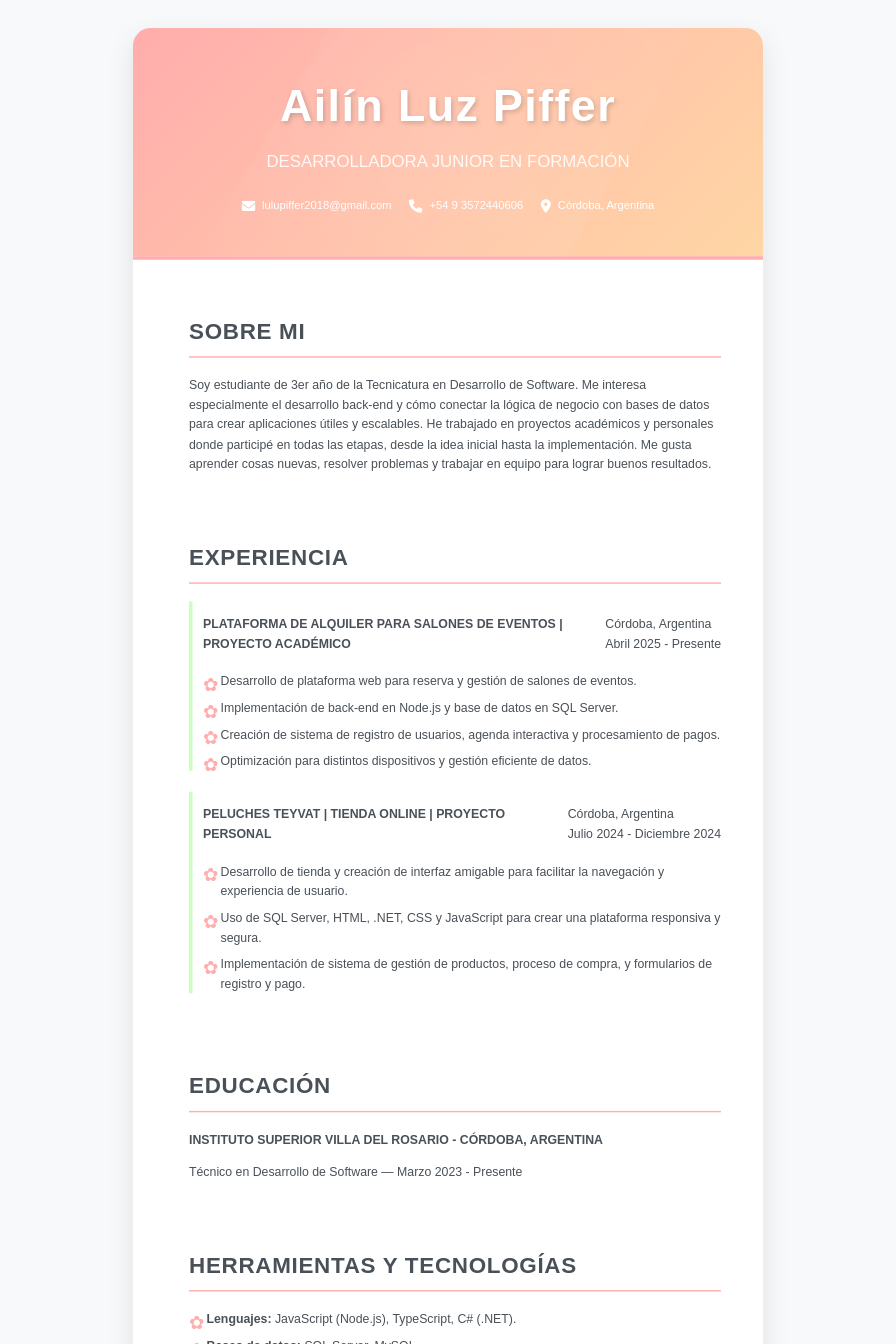
Repository: luzpiffer/curriculum-piffer
Page: index.html
An editor plug-in stored every save of this project. The page is shown before and after the next save, followed by the edit.
The browser window is 1280 px wide. The pictures show the part of the page from y = 0 to 1920 px (the page is 2709 px tall), at 70% of full size.

Above is the page before, as saved 2025-09-01 19:14:08.

After the next save:
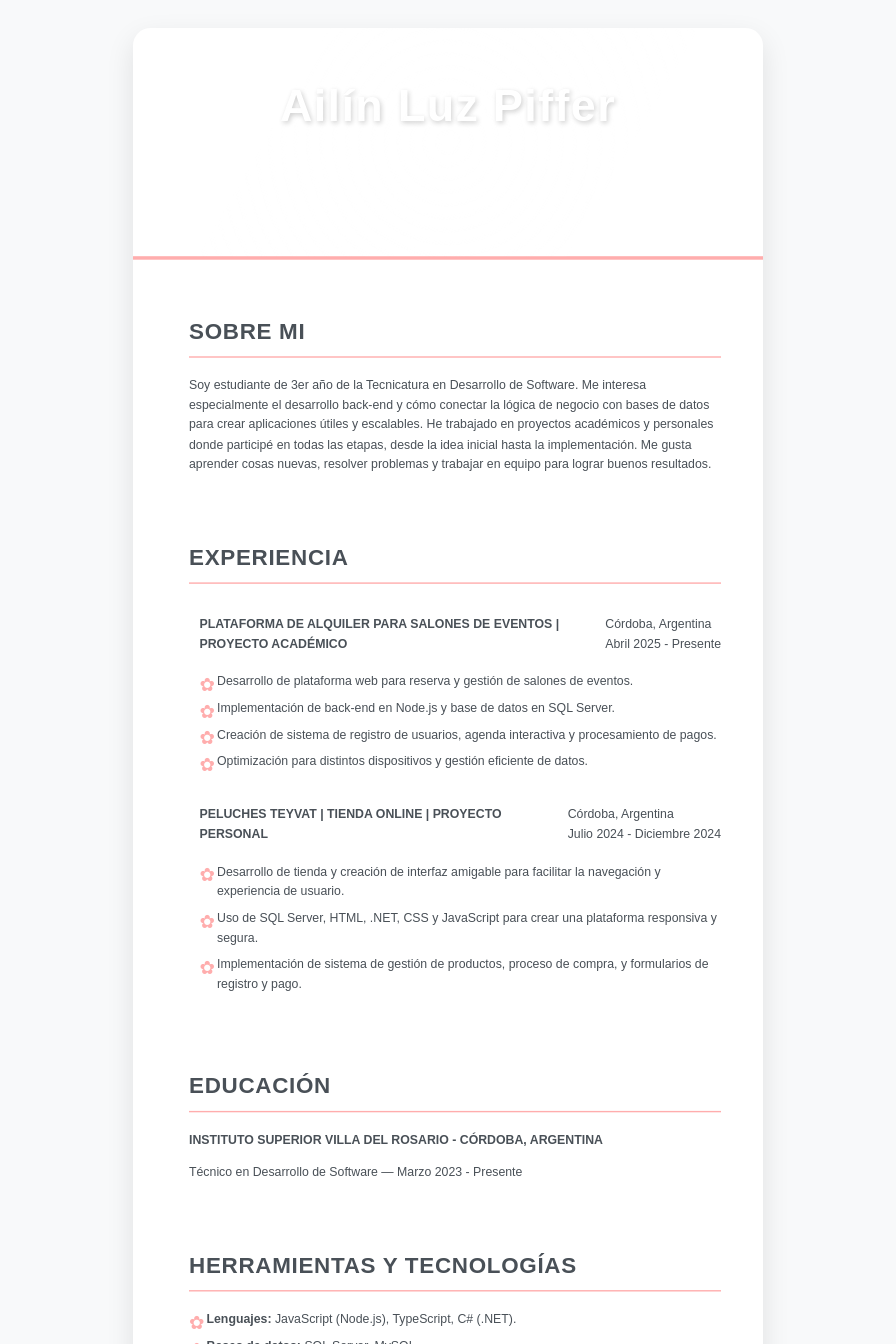
Saved 2 min 24 s later.
--- a/style.css
+++ b/style.css
@@ -1,6 +1,6 @@
 :root {
   --primary-color-cute: #ffadad; /* Rosado pastel */
-  --secondary-color-cute: #ffd6a5; /* Naranja pastel */
+  --secondary-color-cute: #75376e /* Naranja pastel */
   --tertiary-color-cute: #caffbf; /* Verde menta pastel */
   --background-color: #f8f9fa; /* Fondo muy claro */
   --text-color: #495057; /* Gris oscuro para el texto */
